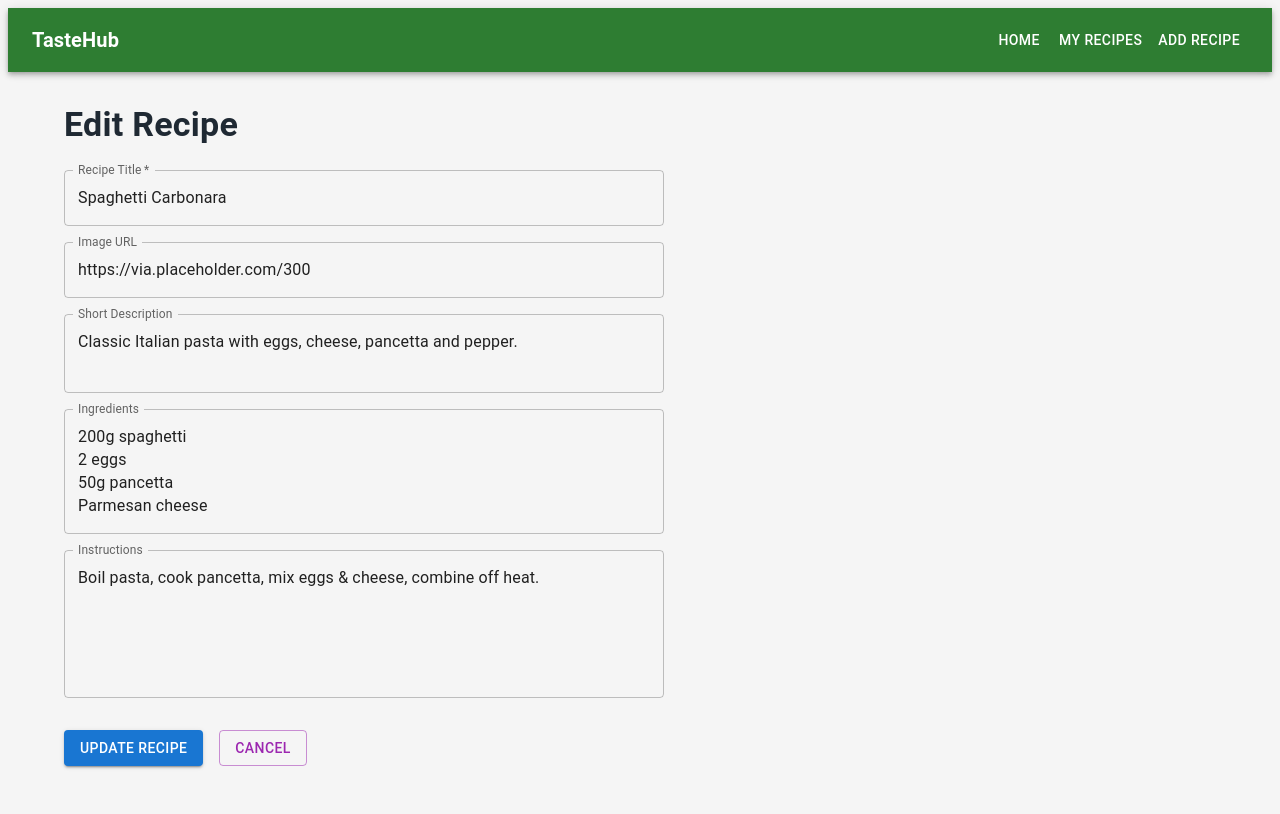
Repository: PabloVega7/TasteHub-Milestone03
Page: /edit-recipe/1
These files come from the project's save history. The page is drawn as it stood at one moment and after the next save; the edit follows.
The browser window is 1280 px wide. The pictures show the whole page.
The project was rebuilt for these pictures with package versions that can differ from the ones it lists, and the page was loaded fresh each time. Also part of the build but not shown: vite.config.js, src/components/RecipeCard.jsx, src/pages/Home.jsx, src/pages/RecipeDetails.jsx, src/pages/MyRecipes.jsx, src/pages/AddRecipe.jsx.

Above is the page before, as saved 2025-11-29 14:11:51.

### index.html
<!doctype html>
<html lang="en">
  <head>
    <meta charset="UTF-8" />
    <link rel="icon" type="image/svg+xml" href="/vite.svg" />
    <meta name="viewport" content="width=device-width, initial-scale=1.0" />
    <title>tastehub</title>
  </head>
  <body>
    <div id="root"></div>
    <script type="module" src="/src/main.jsx"></script>
  </body>
</html>

### src/App.jsx
// src/App.jsx
import { BrowserRouter as Router, Routes, Route } from "react-router-dom";
import Navbar from "./components/Navbar";
import Home from "./pages/Home";
import RecipeDetails from "./pages/RecipeDetails";
import MyRecipes from "./pages/MyRecipes";
import AddRecipe from "./pages/AddRecipe";
import EditRecipe from "./pages/EditRecipe";
import { RecipesProvider } from "./context/RecipesContext";

function App() {
  return (
    <RecipesProvider>
      <Router>
        <Navbar />
        <Routes>
          <Route path="/" element={<Home />} />
          <Route path="/recipe/:id" element={<RecipeDetails />} />
          <Route path="/my-recipes" element={<MyRecipes />} />
          <Route path="/add-recipe" element={<AddRecipe />} />
          <Route path="/edit-recipe/:id" element={<EditRecipe />} />
        </Routes>
      </Router>
    </RecipesProvider>
  );
}

export default App;

### src/index.css
:root {
  font-family: system-ui, -apple-system, BlinkMacSystemFont, "Segoe UI",
    sans-serif;
  line-height: 1.5;
  color: #1f2933;
  background-color: #f5f5f5;
}

body {
  margin: 20;
  min-height: 100vh;
}

#root {
  min-height: 100vh;
}

### src/components/Navbar.jsx
import AppBar from "@mui/material/AppBar";
import Box from "@mui/material/Box";
import Toolbar from "@mui/material/Toolbar";
import Typography from "@mui/material/Typography";
import Button from "@mui/material/Button";
import { Link } from "react-router-dom";

export default function Navbar() {
  return (
    <Box sx={{ flexGrow: 1, mb: 2 }}>
      <AppBar position="static" sx={{ backgroundColor: "#2e7d32" }}>
        <Toolbar>
          {/* Logo / App Name */}
          <Typography
            variant="h6"
            component="div"
            sx={{ flexGrow: 1, fontWeight: 600 }}>
            TasteHub
          </Typography>

          {/* Navigation Buttons */}
          <Button color="inherit" component={Link} to="/">
            Home
          </Button>

          <Button color="inherit" component={Link} to="/my-recipes">
            My Recipes
          </Button>

          <Button color="inherit" component={Link} to="/add-recipe">
            Add Recipe
          </Button>
        </Toolbar>
      </AppBar>
    </Box>
  );
}

### src/pages/EditRecipe.jsx
import { Container, TextField, Typography, Button, Box } from "@mui/material";

export default function EditRecipe() {
  return (
    <Container sx={{ mt: 4, mb: 6 }}>
      <Typography variant="h4" fontWeight={700} mb={3}>
        Edit Recipe
      </Typography>

      <Box
        component="form"
        noValidate
        autoComplete="off"
        sx={{
          display: "flex",
          flexDirection: "column",
          gap: 2,
          maxWidth: 600,
        }}>
        <TextField
          label="Recipe Title"
          defaultValue="Spaghetti Carbonara"
          variant="outlined"
          required
        />

        <TextField
          label="Image URL"
          defaultValue="https://via.placeholder.com/300"
          variant="outlined"
        />

        <TextField
          label="Short Description"
          defaultValue="Classic Italian pasta with eggs, cheese, pancetta and pepper."
          variant="outlined"
          multiline
          minRows={2}
        />

        <TextField
          label="Ingredients"
          defaultValue={"200g spaghetti\n2 eggs\n50g pancetta\nParmesan cheese"}
          variant="outlined"
          multiline
          minRows={4}
        />

        <TextField
          label="Instructions"
          defaultValue="Boil pasta, cook pancetta, mix eggs & cheese, combine off heat."
          variant="outlined"
          multiline
          minRows={5}
        />

        <Box sx={{ display: "flex", gap: 2, mt: 2 }}>
          <Button variant="contained" color="primary">
            Update Recipe
          </Button>
          <Button variant="outlined" color="secondary">
            Cancel
          </Button>
        </Box>
      </Box>
    </Container>
  );
}

### src/context/RecipesContext.jsx
// src/context/RecipesContext.jsx
import { createContext, useContext, useState } from "react";

const RecipesContext = createContext();

const initialRecipes = [
  {
    id: "1",
    title: "Spaghetti Carbonara",
    image: "https://www.themealdb.com/images/media/meals/llcbn01574260722.jpg",
    shortDescription:
      "Classic Italian pasta with eggs, cheese, pancetta, and black pepper.",
    ingredients: [
      "200g spaghetti",
      "2 eggs",
      "50g pancetta",
      "30g grated Parmesan cheese",
      "Salt & black pepper",
    ],
    instructions: [
      "Boil the pasta in salted water until al dente.",
      "Cook pancetta in a pan until crispy.",
      "Whisk eggs and Parmesan together in a bowl.",
      "Drain pasta, keeping a bit of the cooking water.",
      "Combine pasta with pancetta, remove from heat, then stir in egg mixture.",
      "Season with salt and plenty of black pepper.",
    ],
  },
  {
    id: "2",
    title: "Chicken Teriyaki",
    image: "https://www.themealdb.com/images/media/meals/wvpsxx1468256321.jpg",
    shortDescription:
      "Pan-seared chicken in a sweet and savoury teriyaki glaze.",
    ingredients: [
      "2 chicken thighs",
      "3 tbsp soy sauce",
      "2 tbsp mirin",
      "1 tbsp sugar",
      "1 tbsp vegetable oil",
      "Sesame seeds & green onions (optional)",
    ],
    instructions: [
      "Mix soy sauce, mirin, and sugar to make the teriyaki sauce.",
      "Heat oil in a pan and sear chicken thighs on both sides.",
      "Pour sauce over the chicken and let it simmer until thick and glossy.",
      "Slice chicken and serve over rice with extra sauce.",
      "Garnish with sesame seeds and chopped green onions.",
    ],
  },
  {
    id: "3",
    title: "Beef Stir Fry",
    image: "https://www.themealdb.com/images/media/meals/wrssvt1511556563.jpg",
    shortDescription:
      "Quick stir-fried beef with vegetables in a savoury sauce.",
    ingredients: [
      "250g beef strips",
      "1 red bell pepper",
      "1 cup broccoli florets",
      "2 tbsp soy sauce",
      "1 tbsp oyster sauce",
      "1 tsp cornstarch",
      "1 clove garlic",
      "1 tbsp oil",
    ],
    instructions: [
      "Slice beef and vegetables into thin strips.",
      "Mix soy sauce, oyster sauce, and cornstarch with a splash of water.",
      "Stir-fry beef in hot oil until browned, then remove from pan.",
      "Stir-fry vegetables and garlic until crisp-tender.",
      "Return beef to pan, pour in sauce, and cook until thickened.",
      "Serve immediately with steamed rice.",
    ],
  },
];

export function RecipesProvider({ children }) {
  const [recipes, setRecipes] = useState(initialRecipes);

  const addRecipe = (recipeData) => {
    const newId = Date.now().toString();
    const newRecipe = { id: newId, ...recipeData };
    setRecipes((prev) => [...prev, newRecipe]);
    return newId; // callers can navigate to /recipe/newId
  };

  const updateRecipe = (id, updates) => {
    setRecipes((prev) =>
      prev.map((recipe) =>
        recipe.id.toString() === id.toString()
          ? { ...recipe, ...updates }
          : recipe
      )
    );
  };

  const deleteRecipe = (id) => {
    setRecipes((prev) =>
      prev.filter((recipe) => recipe.id.toString() !== id.toString())
    );
  };

  const getRecipeById = (id) =>
    recipes.find((recipe) => recipe.id.toString() === id.toString());

  return (
    <RecipesContext.Provider
      value={{ recipes, addRecipe, updateRecipe, deleteRecipe, getRecipeById }}>
      {children}
    </RecipesContext.Provider>
  );
}

export function useRecipes() {
  const context = useContext(RecipesContext);
  if (!context) {
    throw new Error("useRecipes must be used within a RecipesProvider");
  }
  return context;
}

Loaded but not shown: src/main.jsx (common file)

After the next save:
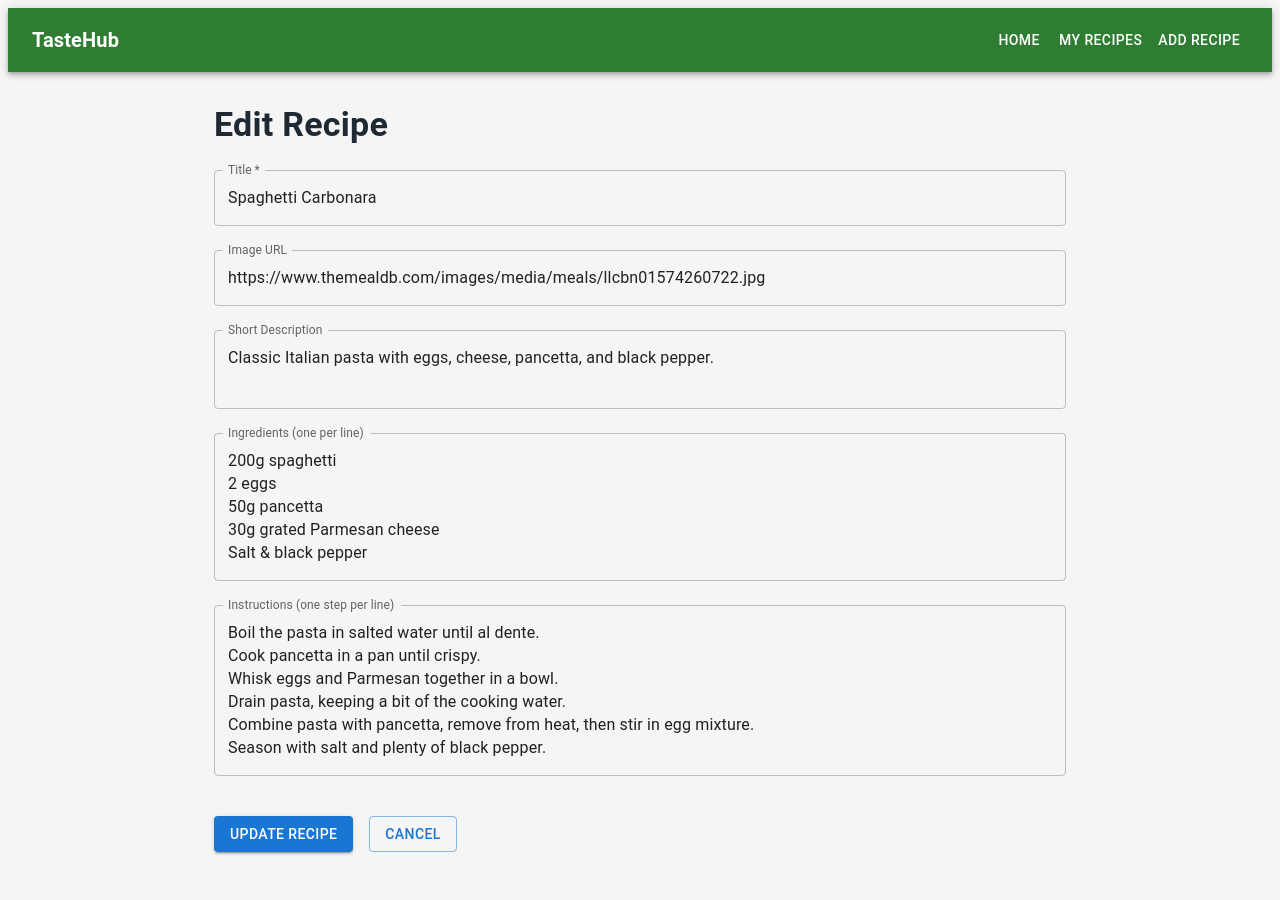
Saved 24 s later.
--- a/src/pages/EditRecipe.jsx
+++ b/src/pages/EditRecipe.jsx
@@ -1,67 +1,144 @@
-import { Container, TextField, Typography, Button, Box } from "@mui/material";
+// src/pages/EditRecipe.jsx
+import { useEffect, useState } from "react";
+import {
+  Container,
+  Typography,
+  TextField,
+  Button,
+  Box,
+  Stack,
+} from "@mui/material";
+import { useNavigate, useParams } from "react-router-dom";
+import { useRecipes } from "../context/RecipesContext";
 
 export default function EditRecipe() {
+  const { id } = useParams();
+  const { getRecipeById, updateRecipe } = useRecipes();
+  const navigate = useNavigate();
+
+  const recipe = getRecipeById(id);
+
+  const [title, setTitle] = useState("");
+  const [image, setImage] = useState("");
+  const [shortDescription, setShortDescription] = useState("");
+  const [ingredientsText, setIngredientsText] = useState("");
+  const [instructionsText, setInstructionsText] = useState("");
+
+  // Pre-fill form when recipe is loaded
+  useEffect(() => {
+    if (!recipe) return;
+
+    setTitle(recipe.title || "");
+    setImage(recipe.image || "");
+    setShortDescription(recipe.shortDescription || "");
+
+    const ingredientsValue = Array.isArray(recipe.ingredients)
+      ? recipe.ingredients.join("\n")
+      : recipe.ingredients || "";
+
+    const instructionsValue = Array.isArray(recipe.instructions)
+      ? recipe.instructions.join("\n")
+      : recipe.instructions || "";
+
+    setIngredientsText(ingredientsValue);
+    setInstructionsText(instructionsValue);
+  }, [recipe]);
+
+  if (!recipe) {
+    return (
+      <Container maxWidth="md" sx={{ mt: 4, mb: 6 }}>
+        <Typography variant="h5" fontWeight={600}>
+          Recipe not found.
+        </Typography>
+        <Button
+          sx={{ mt: 2 }}
+          variant="contained"
+          onClick={() => navigate("/")}>
+          Back to Home
+        </Button>
+      </Container>
+    );
+  }
+
+  const handleSubmit = (e) => {
+    e.preventDefault();
+
+    if (!title.trim()) {
+      alert("Please enter a recipe title.");
+      return;
+    }
+
+    updateRecipe(id, {
+      title: title.trim(),
+      image: image.trim(),
+      shortDescription: shortDescription.trim(),
+      ingredients: ingredientsText,
+      instructions: instructionsText,
+    });
+
+    navigate(`/recipe/${id}`);
+  };
+
   return (
-    <Container sx={{ mt: 4, mb: 6 }}>
+    <Container maxWidth="md" sx={{ mt: 4, mb: 6 }}>
       <Typography variant="h4" fontWeight={700} mb={3}>
         Edit Recipe
       </Typography>
 
       <Box
         component="form"
-        noValidate
-        autoComplete="off"
-        sx={{
-          display: "flex",
-          flexDirection: "column",
-          gap: 2,
-          maxWidth: 600,
-        }}>
+        onSubmit={handleSubmit}
+        sx={{ display: "flex", flexDirection: "column", gap: 3 }}>
         <TextField
-          label="Recipe Title"
-          defaultValue="Spaghetti Carbonara"
-          variant="outlined"
+          label="Title"
+          fullWidth
+          value={title}
+          onChange={(e) => setTitle(e.target.value)}
           required
         />
 
         <TextField
           label="Image URL"
-          defaultValue="https://via.placeholder.com/300"
-          variant="outlined"
+          fullWidth
+          value={image}
+          onChange={(e) => setImage(e.target.value)}
         />
 
         <TextField
           label="Short Description"
-          defaultValue="Classic Italian pasta with eggs, cheese, pancetta and pepper."
-          variant="outlined"
+          fullWidth
           multiline
           minRows={2}
+          value={shortDescription}
+          onChange={(e) => setShortDescription(e.target.value)}
         />
 
         <TextField
-          label="Ingredients"
-          defaultValue={"200g spaghetti\n2 eggs\n50g pancetta\nParmesan cheese"}
-          variant="outlined"
+          label="Ingredients (one per line)"
+          fullWidth
           multiline
           minRows={4}
+          value={ingredientsText}
+          onChange={(e) => setIngredientsText(e.target.value)}
         />
 
         <TextField
-          label="Instructions"
-          defaultValue="Boil pasta, cook pancetta, mix eggs & cheese, combine off heat."
-          variant="outlined"
+          label="Instructions (one step per line)"
+          fullWidth
           multiline
-          minRows={5}
+          minRows={6}
+          value={instructionsText}
+          onChange={(e) => setInstructionsText(e.target.value)}
         />
 
-        <Box sx={{ display: "flex", gap: 2, mt: 2 }}>
-          <Button variant="contained" color="primary">
+        <Stack direction="row" spacing={2} sx={{ mt: 2 }}>
+          <Button type="submit" variant="contained">
             Update Recipe
           </Button>
-          <Button variant="outlined" color="secondary">
+          <Button variant="outlined" onClick={() => navigate(-1)}>
             Cancel
           </Button>
-        </Box>
+        </Stack>
       </Box>
     </Container>
   );
